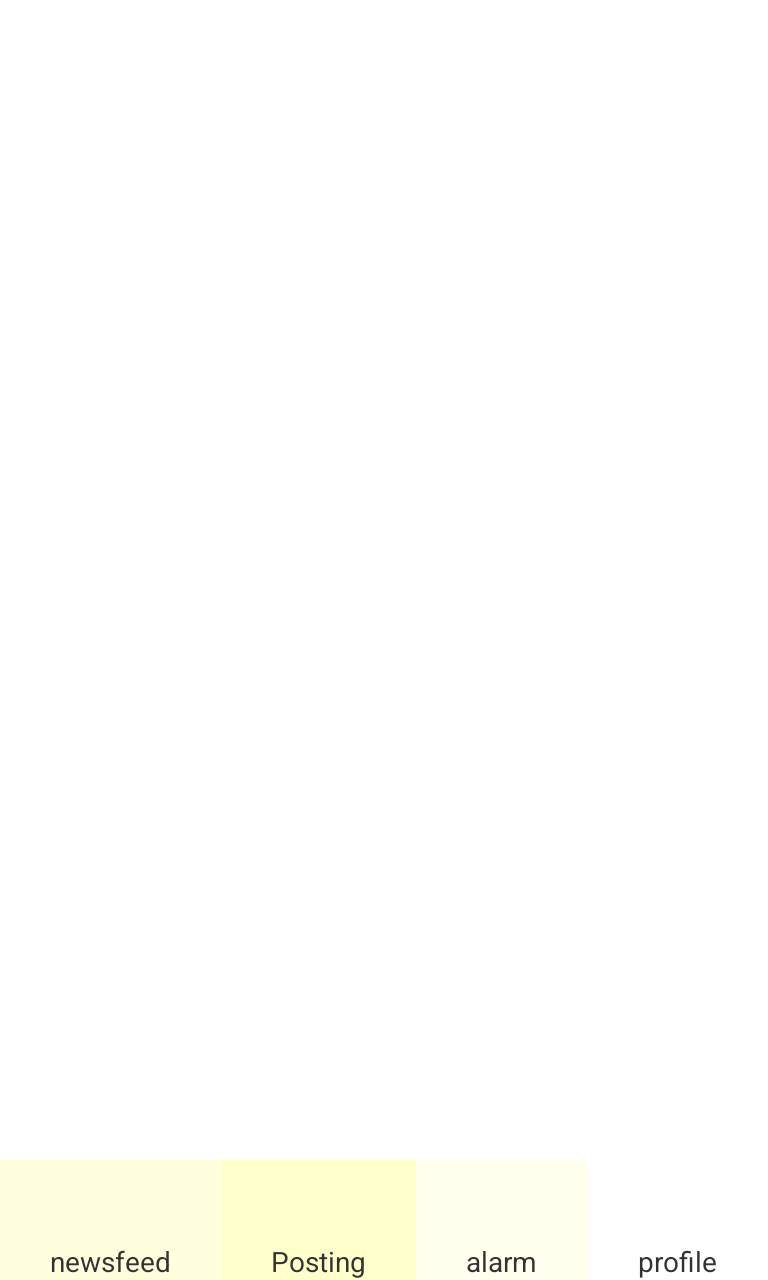
Repository: lay126/fuding_wewe
Layout: fuding_android/FudingAndroid/res/layout/activity_fuding_main.xml
The author's editor kept a copy of each file at every save. The layout is drawn from the files as they stood at one save, then again after a run of saves.
It is drawn on a 768 x 1280 px phone screen (xhdpi) without system bars, with theme AppTheme; the app's code is not run. Lists and similar views that code fills are empty.

Above is the layout before, as saved 2015-07-21 07:41:07.

After the next 2 saves:
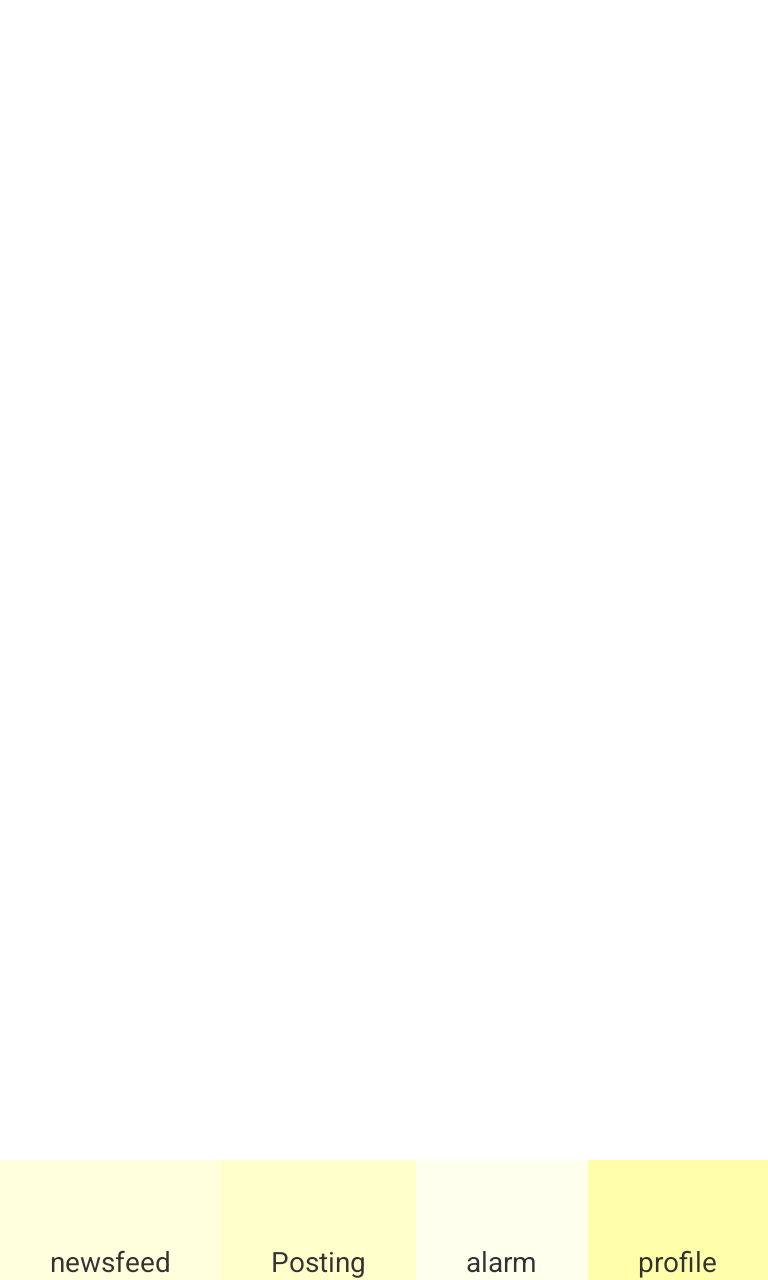
The 2 saves are shown as one change because they came seconds apart.
The last was saved 9 s later.
--- a/fuding_android/FudingAndroid/res/layout/activity_fuding_main.xml
+++ b/fuding_android/FudingAndroid/res/layout/activity_fuding_main.xml
@@ -72,7 +72,7 @@
             android:id="@+id/profile_layout"
             android:layout_width="wrap_content"
             android:layout_height="match_parent"
-            android:background="#FFFFSS"
+            android:background="#FFFFAA"
             android:layout_weight="1" >
 
             <TextView
